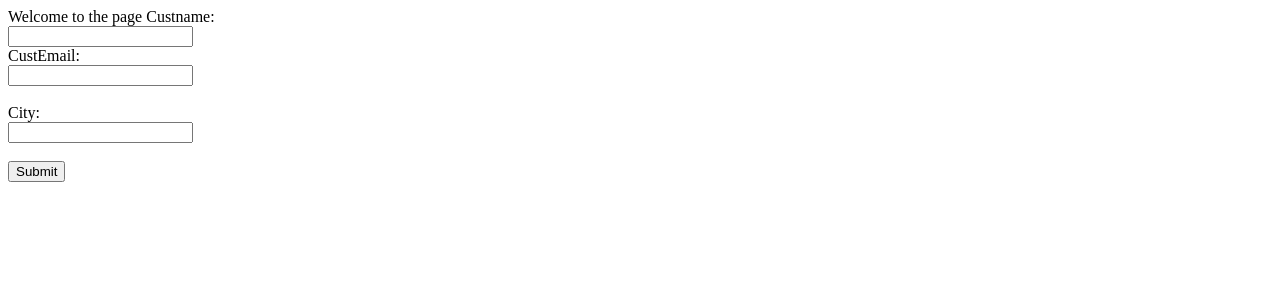
Repository: IshaMhashete/workspace2
Page: Hiber_Web/src/main/webapp/Hi.html
These files come from the project's save history. The page is drawn as it stood at one moment and after the next save; the edit follows.
The browser window is 1280 px wide. The pictures show the whole page.

Above is the page before, as saved 2019-12-07 07:52:08.

After the next save:
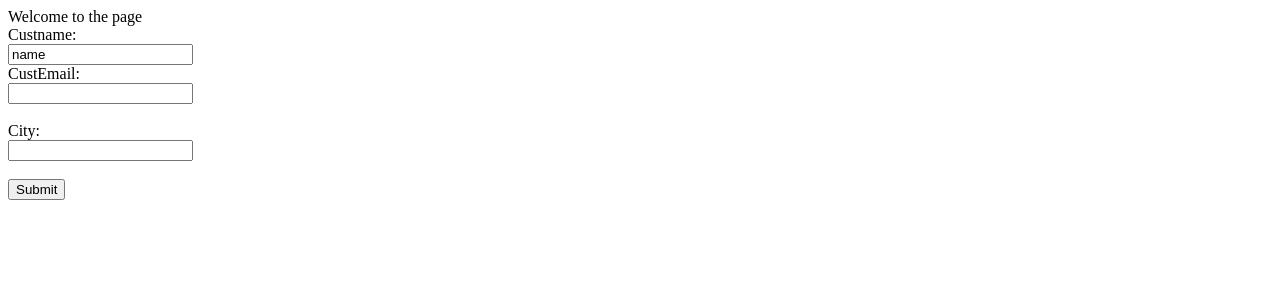
Saved 2 min 44 s later.
--- a/Hiber_Web/src/main/webapp/Hi.html
+++ b/Hiber_Web/src/main/webapp/Hi.html
@@ -6,9 +6,9 @@
 </head>
 <body>
 <form action="Serve.lti">
-Welcome to the page
+Welcome to the page<br>
   Custname:<br>
-  <input type="text" name="name">
+  <input type="text" name="name" value="name">
   <br>
   CustEmail:<br>
   <input type="text" name="email">
